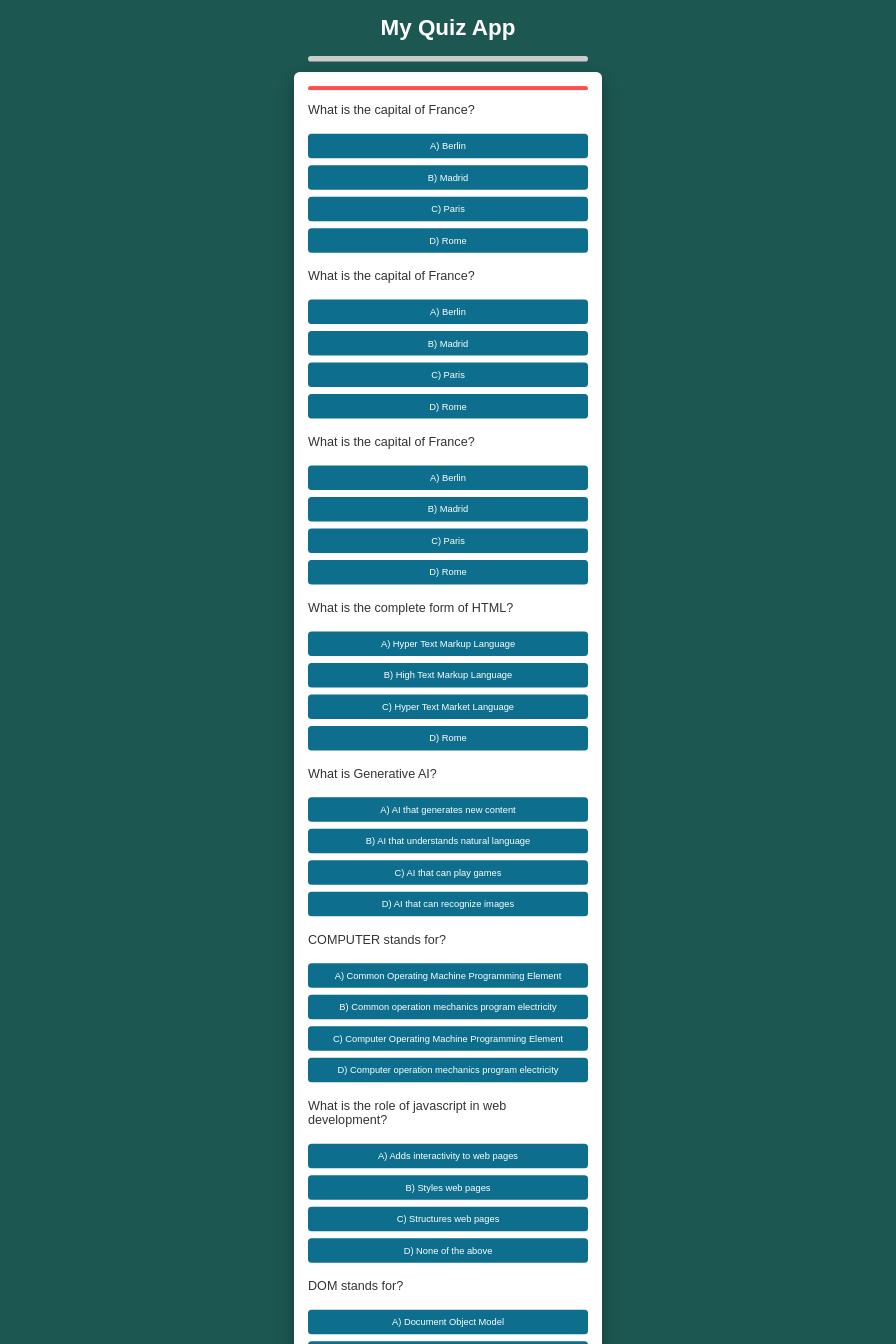
Repository: fatimaqueen9967-eng/SyntacexhubQuizApp
Page: index.html
The author's editor kept a copy of each file at every save. The page is drawn from the files as they stood at one save, then again after a run of saves.
The browser window is 1280 px wide. The pictures show the part of the page from y = 0 to 1920 px (the page is 3518 px tall before and 3507 px after), at 70% of full size.

Above is the page before, as saved 2026-03-15 07:25:15.
Console error: TypeError: Cannot set properties of null (setting 'innerText')

### index.html
<!DOCTYPE html>
<html lang="en">
<head>
<meta charset="UTF-8">
<meta name="viewport" content="width=device-width, initial-scale=1.0">
<title>Quiz App</title>
<link rel="stylesheet" href="style.css">
</head>

<body>

<h1>My Quiz App</h1>

<!-- Progress bar -->
<div class="progress-container">
<div id="progress-bar"></div>
</div>

<div class="box">

<!-- Timer -->
<div class="timer">
<div id="timer-bar"></div>
</div>

<!-- Question counter -->
<div id="counter"></div>

<!-- QUESTIONS -->

<div class="question">
<p>What is the capital of France?</p>
</div>
<div class="options">
<button>A) Berlin</button>
<button>B) Madrid</button>
<button>C) Paris</button>
<button>D) Rome</button>
</div>

<div class="question">
<p>What is the capital of France?</p>
</div>
<div class="options">
<button>A) Berlin</button>
<button>B) Madrid</button>
<button>C) Paris</button>
<button>D) Rome</button>
</div>

<div class="question">
<p>What is the capital of France?</p>
</div>
<div class="options">
<button>A) Berlin</button>
<button>B) Madrid</button>
<button>C) Paris</button>
<button>D) Rome</button>
</div>

<div class="question">
<p>What is the complete form of HTML?</p>
</div>
<div class="options">
<button>A) Hyper Text Markup Language</button>
<button>B) High Text Markup Language</button>
<button>C) Hyper Text Market Language</button>
<button>D) Rome</button>
</div>

<div class="question">
<p>What is Generative AI?</p>
</div>
<div class="options">
<button>A) AI that generates new content</button>
<button>B) AI that understands natural language</button>
<button>C) AI that can play games</button>
<button>D) AI that can recognize images</button>
</div>

<div class="question">
<p>COMPUTER stands for?</p>
</div>
<div class="options">
<button>A) Common Operating Machine Programming Element</button>
<button>B) Common operation mechanics program electricity</button>
<button>C) Computer Operating Machine Programming Element</button>
<button>D) Computer operation mechanics program electricity</button>
</div>

<div class="question">
<p>What is the role of javascript in web development?</p>
</div>
<div class="options">
<button>A) Adds interactivity to web pages</button>
<button>B) Styles web pages</button>
<button>C) Structures web pages</button>
<button>D) None of the above</button>
</div>

<div class="question">
<p>DOM stands for?</p>
</div>
<div class="options">
<button>A) Document Object Model</button>
<button>B) Data Object Model</button>
<button>C) Document Oriented Model</button>
<button>D) Data Oriented Model</button>
</div>

<div class="question">
<p>What is CSS?</p>
</div>
<div class="options">
<button>A) CSS is used to style web pages</button>
<button>B) Body of a page</button>
<button>C) Head of a page</button>
<button>D) None of the above</button>
</div>

<div class="question">
<p>What does createElement do in javascript?</p>
</div>
<div class="options">
<button>A) Creates a new HTML element</button>
<button>B) Removes an element</button>
<button>C) Modifies an element</button>
<button>D) None of the above</button>
</div>

<div class="question">
<p>What is the use of addEventListener in javascript?</p>
</div>
<div class="options">
<button>A) Adds an event listener to an HTML element</button>
<button>B) Removes an event listener</button>
<button>C) Modifies an event listener</button>
<button>D) None of the above</button>
</div>

<div class="question">
<p>Who is the founder of Microsoft?</p>
</div>
<div class="options">
<button>A) Steve Jobs</button>
<button>B) Bill Gates</button>
<button>C) Mark Zuckerberg</button>
<button>D) Elon Musk</button>
</div>

<div class="question">
<p>What is Bootstrap?</p>
</div>
<div class="options">
<button>A) A CSS framework</button>
<button>B) A JavaScript library</button>
<button>C) A front-end framework</button>
<button>D) A back-end framework</button>
</div>

<div class="question">
<p>What is the full form of CSS?</p>
</div>
<div class="options">
<button>A) Cascading Style Sheets</button>
<button>B) Computer Style Sheets</button>
<button>C) Creative Style Sheets</button>
<button>D) Colorful Style Sheets</button>
</div>

<!-- feedback -->
<div id="feedback"></div>

<!-- next button -->
<button id="nextBtn">Next Question</button>

</div>

<canvas id="confetti"></canvas>

<script src="script.js"></script>

</body>
</html>

### style.css
body{
  background:#1c5752;
  font-family:Arial, sans-serif;
  display:flex;
  flex-direction:column;
  align-items:center;
  justify-content:center;
  min-height:100vh;
  color:white;
  margin:0;
}

/* heading animation */
.title{
  animation:slideDown 1s ease;
}
@keyframes slideDown{
  from{opacity:0; transform:translateY(-40px);}
  to{opacity:1; transform:translateY(0);}
}

/* progress bar */
.progress-container{
  width:400px;
  height:8px;
  background:#ccc;
  border-radius:20px;
  overflow:hidden;
  margin-bottom:15px;
}
#progress-bar{
  height:100%;
  width:0%;
  background:#0d6f8d;
  transition:0.4s;
}

/* quiz box */
.box{
  width:400px;
  background:white;
  color:#333;
  padding:20px;
  border-radius:8px;
  box-shadow:0 10px 25px rgba(0,0,0,0.3);
  animation:fadeIn 0.8s;
}
@keyframes fadeIn{
  from{opacity:0}
  to{opacity:1}
}

/* timer */
.timer{
  width:100%;
  height:6px;
  background:#ddd;
  border-radius:20px;
  overflow:hidden;
  margin-bottom:10px;
}
#timer-bar{
  height:100%;
  width:100%;
  background:#ff4d4d;
  transition:1s linear;
}

/* question */
.question{
  font-size:18px;
  margin-bottom:15px;
}

/* options */
.options{
  display:flex;
  flex-direction:column;
}
.options button{
  background:#0d6f8d;
  color:white;
  border:none;
  padding:10px;
  margin:5px 0;
  border-radius:5px;
  cursor:pointer;
  transition:0.2s;
}
.options button:hover{
  transform:scale(1.05);
}
.correct{
  background:green !important;
}
.wrong{
  background:red !important;
}

/* feedback */
#feedback{
  margin-top:10px;
  font-weight:bold;
  text-align:left;
  min-height:20px;
}

/* next button */
#nextBtn{
  margin-top:10px;
  background:#1c5752;
  color:white;
  border:none;
  padding:10px;
  border-radius:5px;
  cursor:pointer;
  display:none;
}

/* result circle */
.result{
  text-align:center;
}
.circle{
  width:160px;
  height:160px;
  border-radius:50%;
  border:12px solid #0d6f8d;
  display:flex;
  align-items:center;
  justify-content:center;
  font-size:28px;
  font-weight:bold;
  margin:20px auto;
  animation:pop 0.8s ease;
}
@keyframes pop{
  0%{transform:scale(0)}
  100%{transform:scale(1)}
}

/* confetti */
#confetti{
  position:fixed;
  top:0;
  left:0;
  pointer-events:none;
}

/* mobile */
@media(max-width:450px){
  .box{width:90%;}
  .progress-container{width:90%;}
}

### script.js
document.addEventListener("DOMContentLoaded", function(){

const questionEl=document.getElementById("question");
const optionsEl=document.getElementById("options");
const feedback=document.getElementById("feedback");
const counter=document.getElementById("counter");
const progressBar=document.getElementById("progress-bar");
const timerBar=document.getElementById("timer-bar");
const nextBtn=document.getElementById("nextBtn");

let current=0;
let score=0;
let timer;
let time=30;

const comments=[
"🔥 Excellent!",
"👏 Great Job!",
"🚀 You're doing amazing!",
"😎 Smart Answer!",
"💡 Brilliant!"
];

const questions=[
{
q:"What is the capital of France?",
options:["Berlin","Madrid","Paris","Rome"],
answer:"Paris"
},
{
q:"What is the full form of HTML?",
options:["Hyper Text Markup Language","High Text Markup Language","Hyper Text Market Language","None"],
answer:"Hyper Text Markup Language"
},
{
q:"What is Generative AI?",
options:["AI that generates new content","AI that understands language","AI that plays games","AI that recognizes images"],
answer:"AI that generates new content"
},
{
q:"DOM stands for?",
options:["Document Object Model","Data Object Model","Document Oriented Model","Data Oriented Model"],
answer:"Document Object Model"
},
{
q:"Who is the founder of Microsoft?",
options:["Steve Jobs","Bill Gates","Mark Zuckerberg","Elon Musk"],
answer:"Bill Gates"
}
];

function showQuestion(){
let q=questions[current];
questionEl.innerText=q.q;
optionsEl.innerHTML="";
counter.innerText=`${current+1} / ${questions.length}`;

q.options.forEach(option=>{
  let btn=document.createElement("button");
  btn.innerText=option;
  btn.onclick=()=>selectAnswer(btn,option);
  optionsEl.appendChild(btn);
});

updateProgress();
startTimer();
}

function updateProgress(){
let percent=(current/questions.length)*100;
progressBar.style.width=percent+"%";
}

function startTimer(){
clearInterval(timer);
time=30;
timerBar.style.width="100%";
timer=setInterval(()=>{
  time--;
  timerBar.style.width=(time/30)*100+"%";
  if(time<=0){
    clearInterval(timer);
    feedback.innerText="⏰ Time up!";
    nextBtn.style.display="block";
  }
},1000);
}

function selectAnswer(btn,option){
clearInterval(timer);
let correct=questions[current].answer;
let buttons=optionsEl.querySelectorAll("button");
buttons.forEach(b=>b.disabled=true);

if(option===correct){
  btn.classList.add("correct");
  score++;
  feedback.innerText=comments[Math.floor(Math.random()*comments.length)];
}else{
  btn.classList.add("wrong");
  feedback.innerText="❌ Incorrect answer";
  buttons.forEach(b=>{
    if(b.innerText===correct){
      b.classList.add("correct");
    }
  });
}

nextBtn.style.display="block";
}

nextBtn.onclick=()=>{
current++;
if(current<questions.length){
  nextBtn.style.display="none";
  feedback.innerText="";
  showQuestion();
}else{
  showResult();
}
};

function showResult(){
document.querySelector(".box").innerHTML=
`<div class="result">
<h2>Quiz Completed 🎉</h2>
<div class="circle">${score}/${questions.length}</div>
<p>Awesome work! 🚀</p>
<button onclick="location.reload()">Retake Quiz</button>
</div>`;
startConfetti();
}

/* confetti celebration */
function startConfetti(){
const canvas=document.getElementById("confetti");
const ctx=canvas.getContext("2d");
canvas.width=window.innerWidth;
canvas.height=window.innerHeight;
let pieces=[];
for(let i=0;i<100;i++){
  pieces.push({x:Math.random()*canvas.width,y:Math.random()*canvas.height,size:5+Math.random()*5,speed:1+Math.random()*3});
}
function update(){
  ctx.clearRect(0,0,canvas.width,canvas.height);
  pieces.forEach(p=>{
    p.y+=p.speed;
    if(p.y>canvas.height)p.y=0;
    ctx.fillStyle="#0d6f8d";
    ctx.fillRect(p.x,p.y,p.size,p.size);
  });
  requestAnimationFrame(update);
}
update();
}

/* start quiz */
showQuestion();

});

After the next 5 saves:
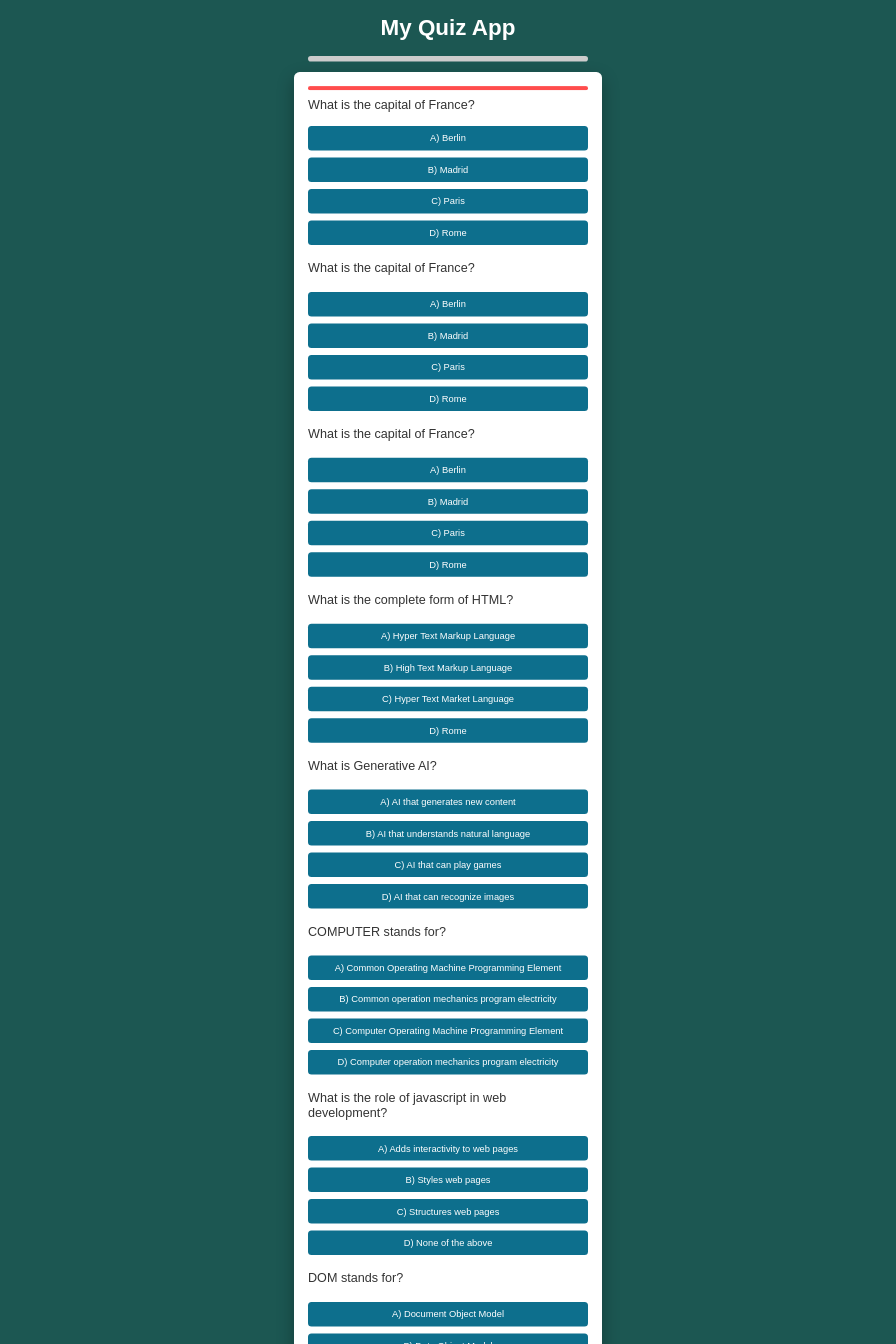
Console error: TypeError: Cannot set properties of null (setting 'innerHTML')
The 5 saves are shown as one change because they came seconds apart.
The last was saved 72 s later.
--- a/index.html
+++ b/index.html
@@ -28,7 +28,7 @@
 
 <!-- QUESTIONS -->
 
-<div class="question">
+<div class="question" id="question">
 <p>What is the capital of France?</p>
 </div>
 <div class="options">
@@ -38,7 +38,7 @@
 <button>D) Rome</button>
 </div>
 
-<div class="question">
+<div class="question" id="question">
 <p>What is the capital of France?</p>
 </div>
 <div class="options">
@@ -48,7 +48,7 @@
 <button>D) Rome</button>
 </div>
 
-<div class="question">
+<div class="question" id="question">
 <p>What is the capital of France?</p>
 </div>
 <div class="options">
@@ -58,7 +58,7 @@
 <button>D) Rome</button>
 </div>
 
-<div class="question">
+<div class="question" id="question">
 <p>What is the complete form of HTML?</p>
 </div>
 <div class="options">
@@ -68,7 +68,7 @@
 <button>D) Rome</button>
 </div>
 
-<div class="question">
+<div class="question" id="question">
 <p>What is Generative AI?</p>
 </div>
 <div class="options">
@@ -78,7 +78,7 @@
 <button>D) AI that can recognize images</button>
 </div>
 
-<div class="question">
+<div class="question" id="question">
 <p>COMPUTER stands for?</p>
 </div>
 <div class="options">
@@ -88,7 +88,7 @@
 <button>D) Computer operation mechanics program electricity</button>
 </div>
 
-<div class="question">
+<div class="question" id="question">
 <p>What is the role of javascript in web development?</p>
 </div>
 <div class="options">
@@ -98,7 +98,7 @@
 <button>D) None of the above</button>
 </div>
 
-<div class="question">
+<div class="question" id="question">
 <p>DOM stands for?</p>
 </div>
 <div class="options">
@@ -108,7 +108,7 @@
 <button>D) Data Oriented Model</button>
 </div>
 
-<div class="question">
+<div class="question" id="question">
 <p>What is CSS?</p>
 </div>
 <div class="options">
@@ -118,7 +118,7 @@
 <button>D) None of the above</button>
 </div>
 
-<div class="question">
+<div class="question" id="question">
 <p>What does createElement do in javascript?</p>
 </div>
 <div class="options">
@@ -128,7 +128,7 @@
 <button>D) None of the above</button>
 </div>
 
-<div class="question">
+<div class="question" id="question">
 <p>What is the use of addEventListener in javascript?</p>
 </div>
 <div class="options">
@@ -138,7 +138,7 @@
 <button>D) None of the above</button>
 </div>
 
-<div class="question">
+<div class="question" id="question">
 <p>Who is the founder of Microsoft?</p>
 </div>
 <div class="options">
@@ -148,7 +148,7 @@
 <button>D) Elon Musk</button>
 </div>
 
-<div class="question">
+<div class="question" id="question">
 <p>What is Bootstrap?</p>
 </div>
 <div class="options">
@@ -158,7 +158,7 @@
 <button>D) A back-end framework</button>
 </div>
 
-<div class="question">
+<div class="question" id="question">
 <p>What is the full form of CSS?</p>
 </div>
 <div class="options">
